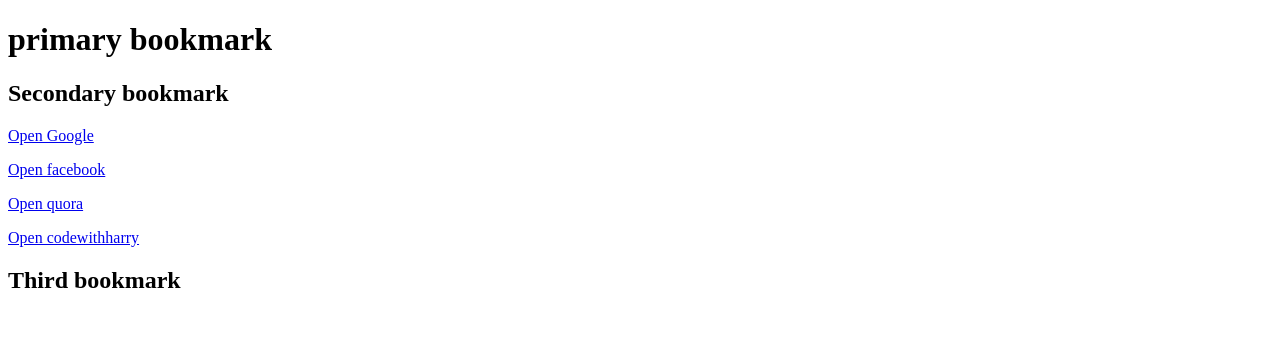
Repository: Mohan2347/Project-2
Page: 3.html
The author's editor kept a copy of each file at every save. The page is drawn from the files as they stood at one save, then again after a run of saves.
The browser window is 1280 px wide. The pictures show the whole page.

Above is the page before, as saved 2024-11-02 23:13:09.

### 3.html
<!DOCTYPE html>
<html lang="en">
<head>
    <meta charset="UTF-8">
    <meta name="viewport" content="width=device-width, initial-scale=1.0">
    <title>My Book marks</title>
</head>
<body>
    <h1>primary bookmark</h1>
    <h2>Secondary bookmark</h2>
    <p><a target="_blank" href="https://www.google.com">Open Google</a></p>
    <p><a target = "_blank" href="https://www.facebook.com">Open facebook</a></p>
    <p><a target = "_blank" href="https://www.quora.com">Open quora</a></p>
    <p><a target = "_blank" href="https://www.codewithharry.com">Open codewithharry</a></p>
    <p><a href="https://www.youtube.com"></a></p>
    <h2>Third bookmark</h2>
</body>
</html>

After the next 3 saves:
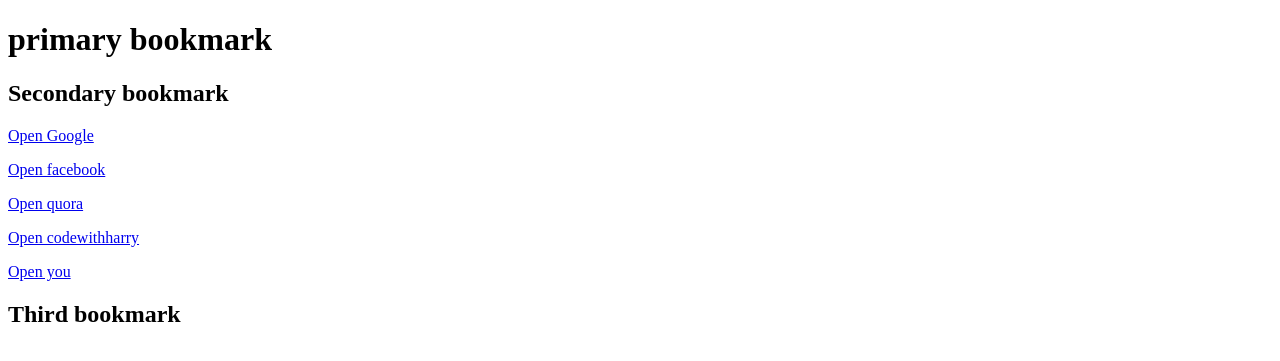
The 3 saves are shown as one change because they came seconds apart.
The last was saved 10 s later.
--- a/3.html
+++ b/3.html
@@ -12,7 +12,7 @@
     <p><a target = "_blank" href="https://www.facebook.com">Open facebook</a></p>
     <p><a target = "_blank" href="https://www.quora.com">Open quora</a></p>
     <p><a target = "_blank" href="https://www.codewithharry.com">Open codewithharry</a></p>
-    <p><a href="https://www.youtube.com"></a></p>
+    <p><a href="https://www.youtube.com">Open you</a></p>
     <h2>Third bookmark</h2>
 </body>
 </html>
